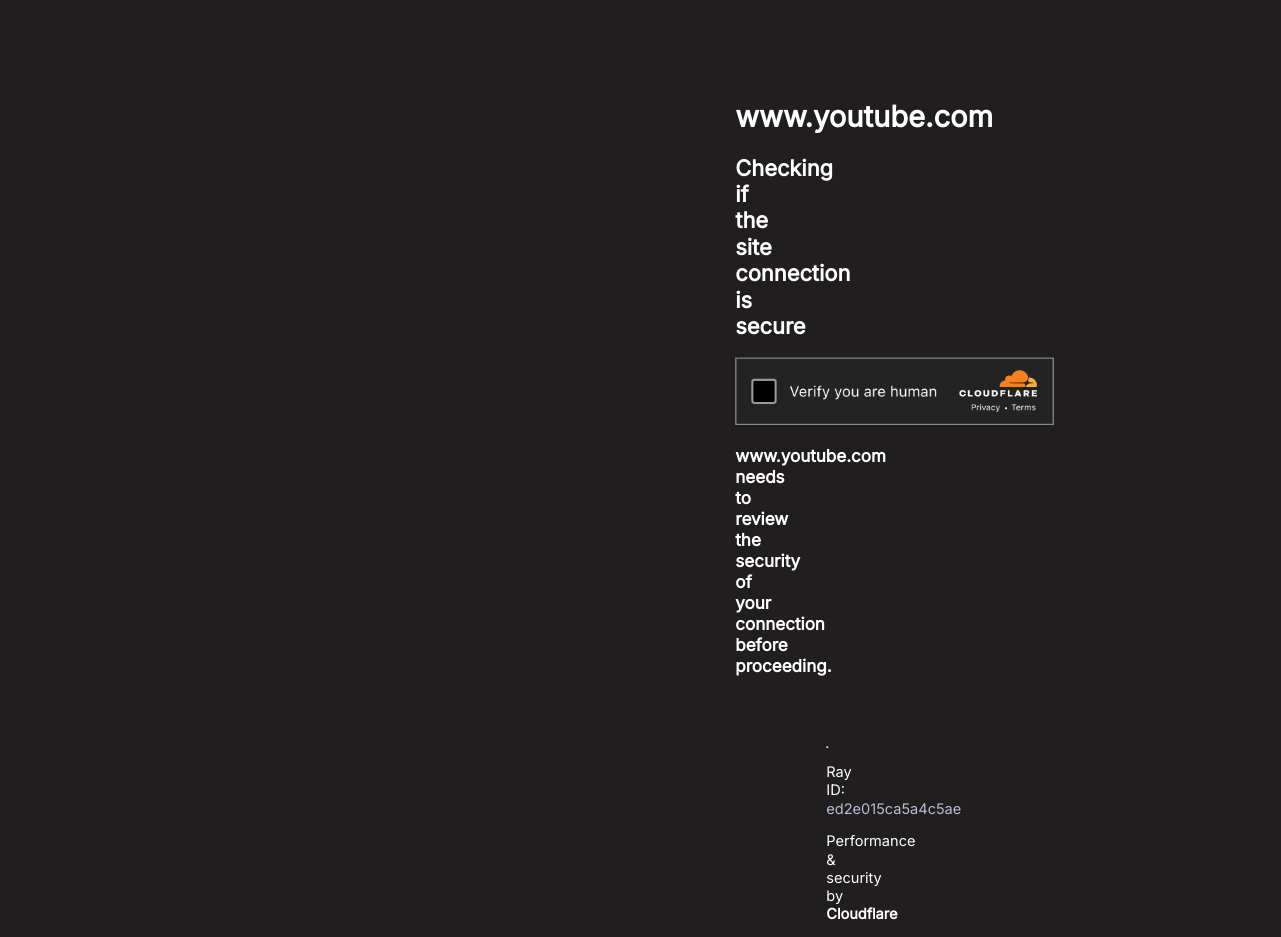
Repository: estech321/CAPTCHA-RickRoll
Page: index.html
These files come from the project's save history. The page is drawn as it stood at one moment and after the next save; the edit follows.
The browser window is 1280 px wide. The page is 1408 px wide, so the pictures cover 1408 px, including what lies to the right of the window. The pictures show the whole page, at 91% of full size.

Above is the page before, as saved 2023-12-29 23:56:52.

After the next save:
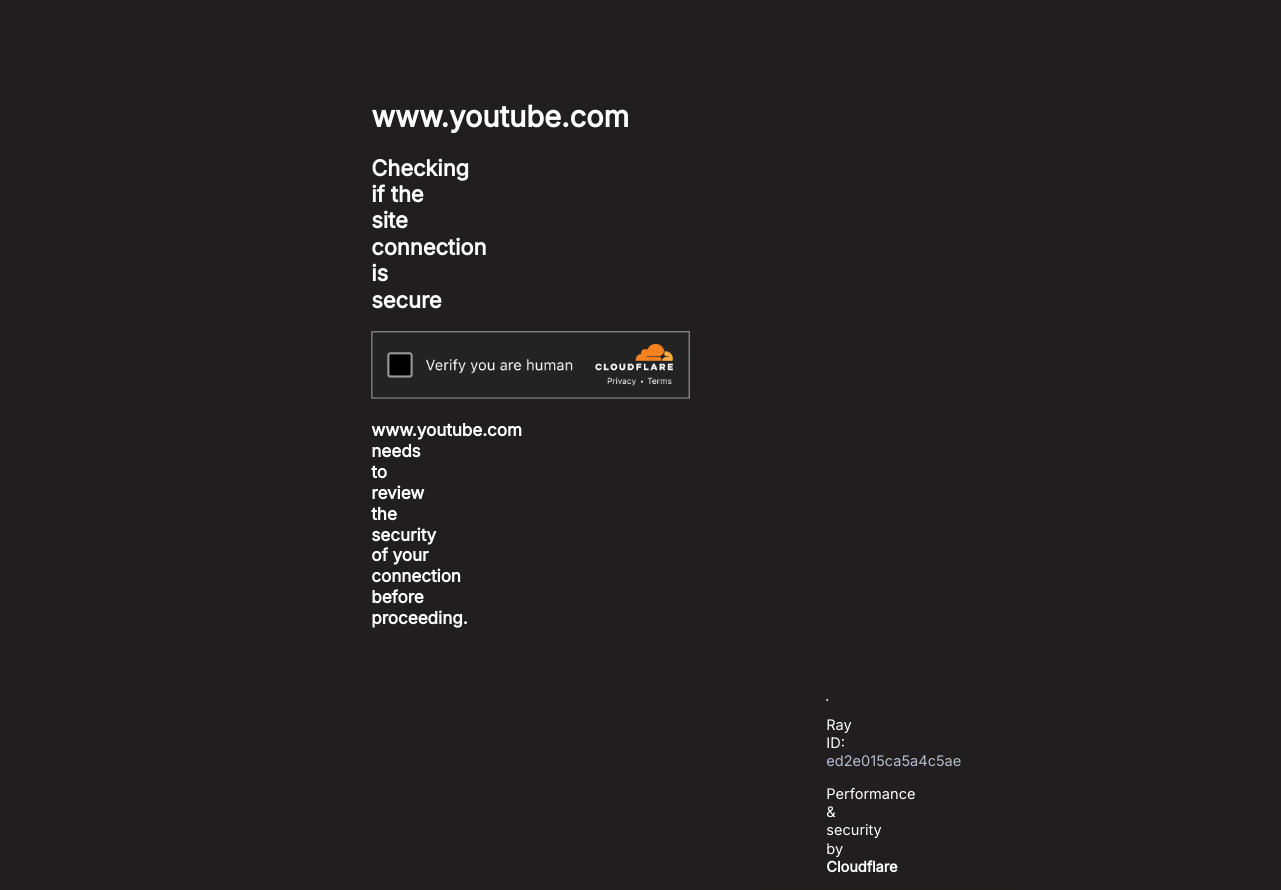
Saved 7 s later.
--- a/index.html
+++ b/index.html
@@ -11,14 +11,13 @@
             font-family: 'Inter', sans-serif;
             color: rgb(255, 255, 255);
             background-color: #201E1E;
-            padding-right: 500px;
+            padding-right: 400px;
             padding-left: 400px;
         }
         main {
             padding-top: 80px;
             padding-right: 400px;
             padding-bottom: 50px;
-            padding-left: 400px;
         }
         footer {
             padding-right: 500px;
